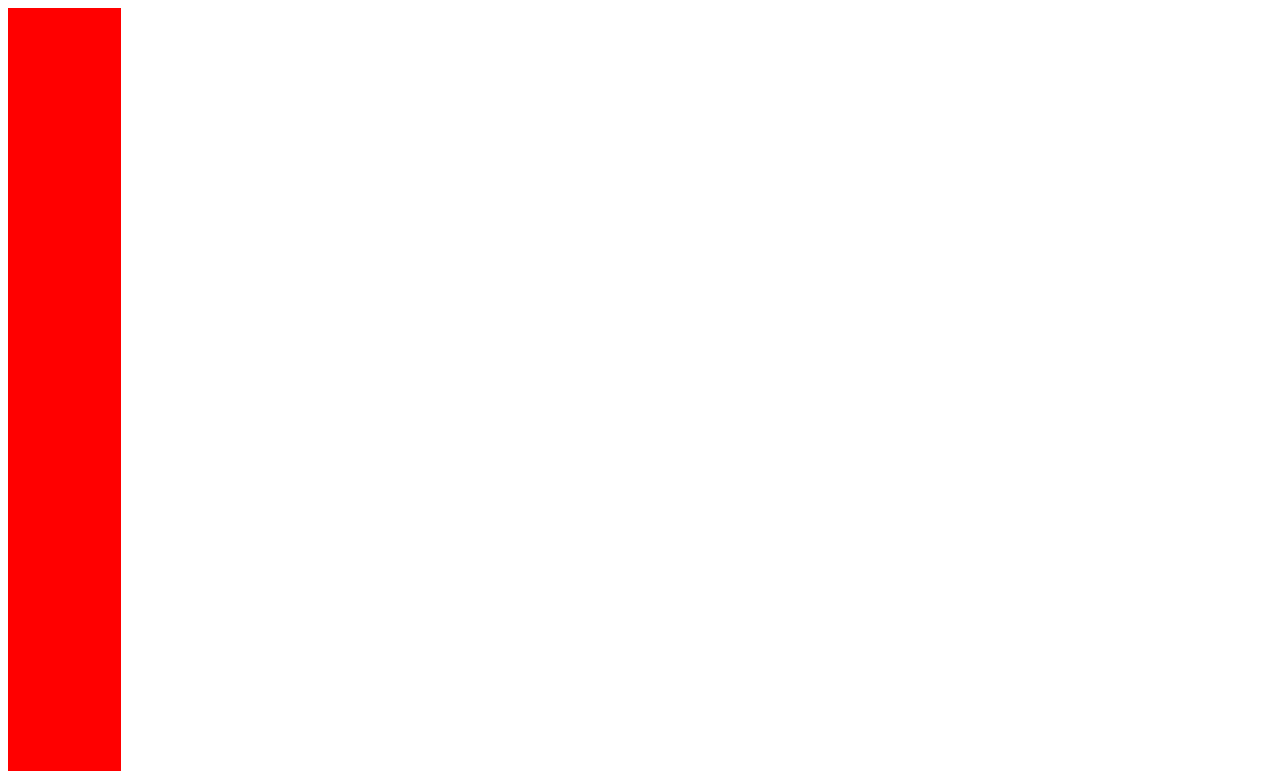
Repository: dhfkdlxm/Lecture-Web
Page: Lecture-Web/WebContent/jquery/exam09.html
These files come from the project's save history. The page is drawn as it stood at one moment and after the next save; the edit follows.
The browser window is 1280 px wide. The pictures show the whole page.

Above is the page before, as saved 2021-06-17 02:09:41.

After the next save:
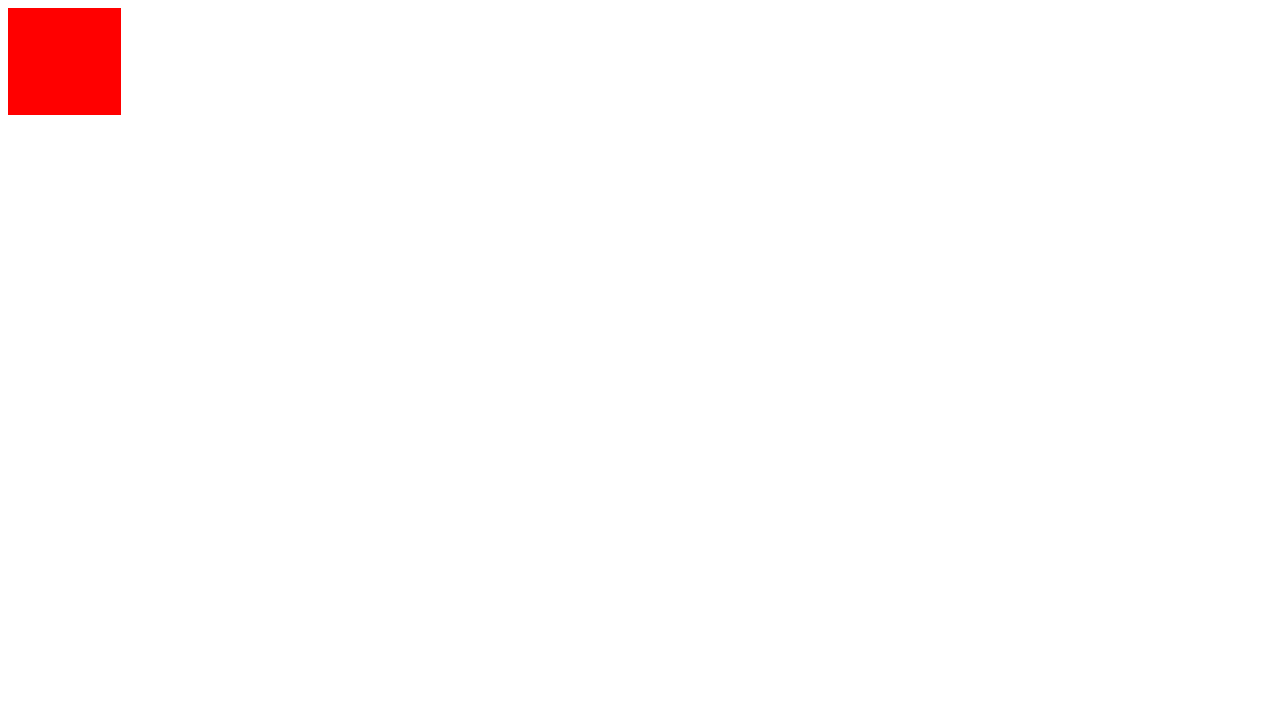
Saved 18 s later.
--- a/Lecture-Web/WebContent/jquery/exam09.html
+++ b/Lecture-Web/WebContent/jquery/exam09.html
@@ -16,7 +16,8 @@ div {
 		//애니매이션 효과를 낼수있음 animiate(어떤효과?,몇초에 걸쳐서?)
 		$('div').animate({
 			'width' : '+=200px',
-			'height' : '10000px'
+			'height' : '200px',
+			left : '100px'
 		}, 30000)
 	})
 </script>
